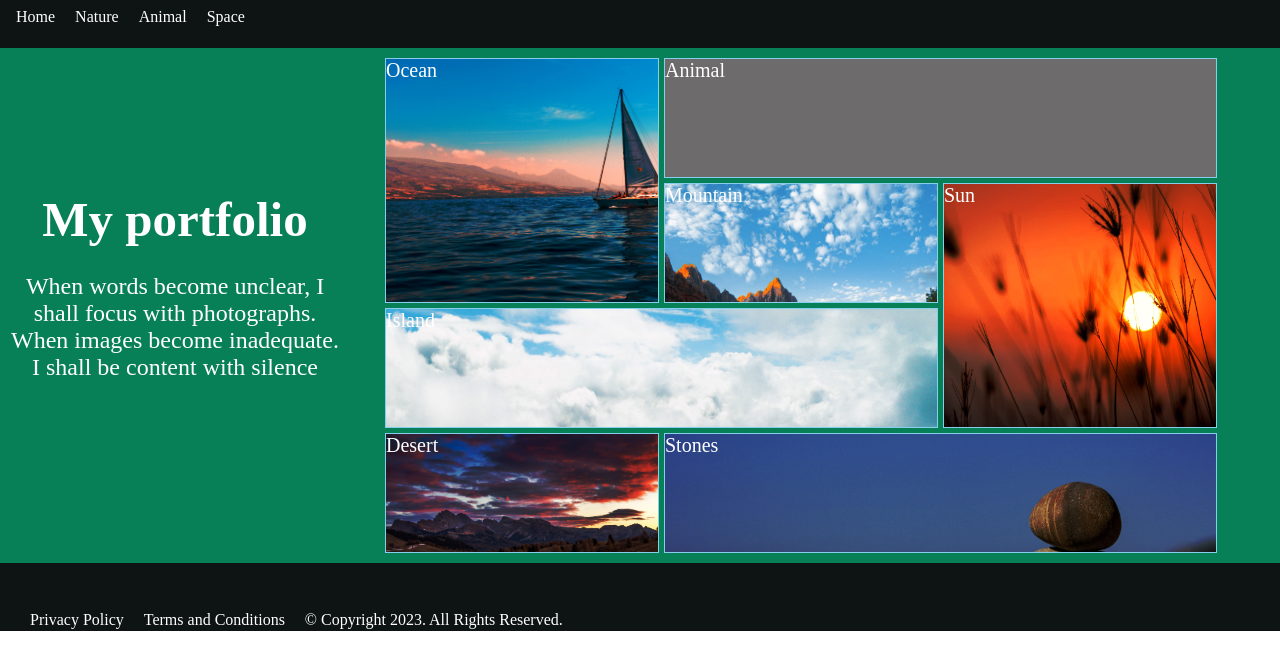
Repository: suraj-yadav7/03_Gallery_Portfolio
Page: index.html
An editor plug-in stored every save of this project. The page is shown before and after the next save, followed by the edit.
The browser window is 1280 px wide. The pictures show the whole page.
Pictures or frames that could not be fetched are drawn as grey boxes. Some web fonts or font styles are not loaded; a fallback is used.

Above is the page before, as saved 2023-02-14 21:38:39.

### index.html
<!DOCTYPE html>
<html lang="en">
<head>
    <meta charset="UTF-8">
    <meta http-equiv="X-UA-Compatible" content="IE=edge">
    <meta name="viewport" content="width=device-width, initial-scale=1.0">
    <title>Gallery</title>
    <link rel="stylesheet" href="style.css">
</head>
<body>
    <nav class="nav-section">
        <div class="nav-container">
        <ul class="nav-item flex">
            <li>    <a href="#">Home</a>   </li>
            <li>    <a href="#">Nature</a> </li>
            <li>    <a href="#">Animal</a> </li>
            <li>    <a href="#">Space</a> </li>
        </ul>
        </div>
    </nav>

        <div class="container flex">
            <div class="header-text">
                <h1 class="heading">My portfolio</h1>
                <p class="para">When words become unclear, I shall focus with photographs. When images become inadequate. I shall be content with silence</p>
            </div>
            <div class="gallery-layout">
                <div class="box" id="box1">Ocean</div>
                <div class="box" id="box2">Animal</div>
                <div class="box" id="box3">Mountain</div>
                <div class="box" id="box4">Sun</div>
                <div class="box" id="box5">Island</div>
                <div class="box" id="box6">Desert</div>
                <div class="box" id="box7">Stones</div>
            </div>
        </div>
        <footer>
            <div class="flex">
                <a>Privacy Policy</a>
                <a>Terms and Conditions</a>
                <a>© Copyright 2023. All Rights Reserved.</a>
            </div>
        </footer>
</body>
</html>

### style.css
@import url('https://fonts.googleapis.com/css2?family=Bodoni+Moda:ital,opsz@0,6..96;1,6..96&display=swap');

*{
    margin: 0;
    padding: 0;
    box-sizing: border-box;
}

:root{
    --primary-text-color: #1a0000;
    --secondary-text-color:  #33331a;
    --accent-color:  #cc99ff;
    --accent-dark-color: #4d88ff;
    --padding-inline-section: 20px;
}


/* Utility */


a{
    text-decoration: none;
    color: rgb(255, 255, 255);


}

.flex{
    display: flex;
    align-items: center;

}

/* Nav section */
.nav-container{
    background-color: rgb(14, 20, 20);
    padding: 1rem;
    font-family: 'Bodoni Moda', serif;
    font-size: 1rem;
    height: 3rem;


}
.nav-item{
    gap: 20px;
    list-style: none;
    margin-top: -0.5rem;
}
a:hover{
    color:#fff;
}

/*main -section */
.container{
    background-color: rgb(7, 127, 87);
    padding-block: 10px;
    gap: 35px;
    font-family: "bodoni modo" ;

}
.header-text{
    height: 250px;
   width: 350px;
    color: white;
    text-align: center;
    padding: 10px;

}
.heading{
    font-size: 49px;
}
.para{
    margin-top: 25px;
    font-size: 1.5rem;
}
.gallery-layout{
    display: grid;
    row-gap: 5px;
    column-gap: 5px;
    grid-template-columns: repeat(3, 1fr);
    grid-auto-rows: 120px;
    flex-basis: 65%;

}

.box{
    background-color: rgb(63, 60, 60);
    border: 1px solid skyblue;
    background-size: cover;
    background-position: top;
    background-blend-mode: hard-light;
    transition: all 1s ease-in-out;
    cursor: pointer;
    color: white;
    font-size: 20px;


}
.box:hover{
    background-color:rgb(210, 204, 204) ;
    background-position: center;

    box-shadow: 0 0 4px #fff;

}

#box1{
    grid-row: span 2;
    background-image: url("images/pexels-szelei-robert-1482193.jpg");


}

#box2{
    grid-column: span 2;
    background-image: url("images/pexels-dsd-1829979.jpg");

}
#box3{
    background-image: url("images/pexels-michael-block-3225517.jpg");

}

#box4{
    grid-row: span 2;
    background-image: url("images/pexels-darwis-alwan-1454752.jpg");
}

#box5{
    grid-column: span 2;
    background-image: url("images/pexels-michael-block-3225524.jpg");

}
#box6{
    background-image: url("images/pexels-michal-lizuch-2919720.jpg");

}

#box7{
    grid-column: span 2;
    background-image: url("images/pexels-pixabay-235990.jpg");

}


/* Footer */
footer{
    height: 50px;
    max-width: 100%;
    background-color: rgb(14, 20, 20);
    padding: var(--padding-inline-section);
    font-family: 'Bodoni Moda', serif;
    font-size: 1rem;
    padding-top: 3rem;
}
footer a{
margin:0 10px;
}
/* media queries for Mobile Responsiveness */

@media screen and (max-width: 1024px){

    .container{
        flex-direction: column;
        padding: 20px;
    }
    .box{
        grid-column: span 3;
        grid-row: span 1;

    }
.gallery-layout{
    margin-top:-20px;
    width: 100%;
    grid-auto-rows: 100px;
    padding-inline: 12px;
    row-gap: 10px;

}
#box2, #box5, #box7{
    grid-column: span 3;
}

}

After the next save:
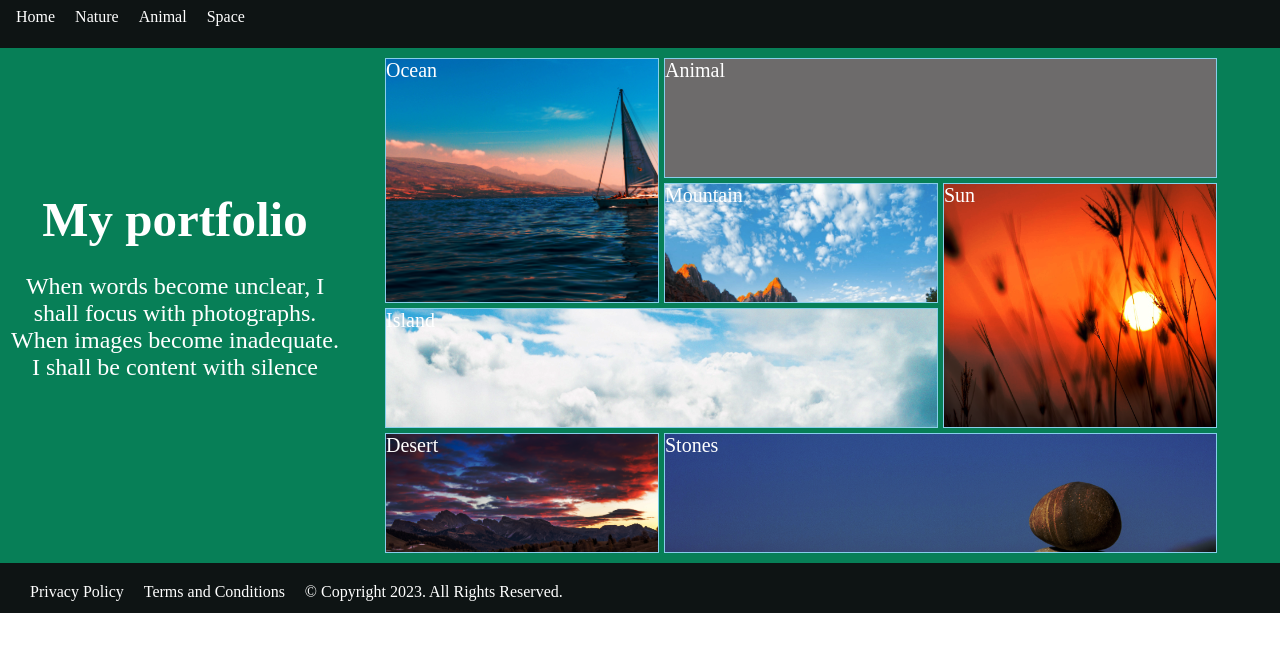
Saved 54 s later.
--- a/style.css
+++ b/style.css
@@ -56,6 +56,7 @@ a:hover{
     padding-block: 10px;
     gap: 35px;
     font-family: "bodoni modo" ;
+    height: 80%;
 
 }
 .header-text{
@@ -151,7 +152,6 @@ footer{
     padding: var(--padding-inline-section);
     font-family: 'Bodoni Moda', serif;
     font-size: 1rem;
-    padding-top: 3rem;
 }
 footer a{
 margin:0 10px;
